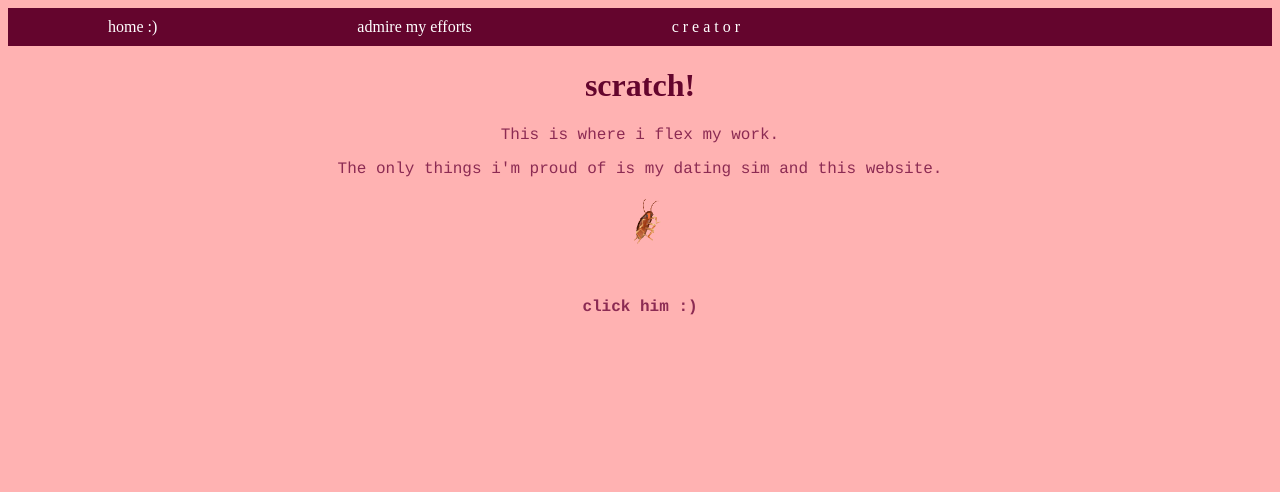
Repository: ycano1934/ycano1934.github.io
Page: my_website/portfolio.html
The author's editor kept a record of every edit. The page is drawn from the files as they stood at one moment, then again after the next edit.
The browser window is 1280 px wide. The pictures show the whole page.

Above is the page before.

### my_website/portfolio.html
<!doctype html>
	<html lang="en">


	  <head>
	    <meta charset="utf-8">
	    <meta name="viewport" content="width=device-width, initial-scale=1.0">
	    <title>*struggles in code*</title>
	  </head>


  <style>
#header {
  font-family:comic sans ms;
  color:rgb(100, 5, 45);
}

#paragraphlook {
    font-family:courier;
    color:rgb(140, 43, 83);
}




 body {background-color:rgb(255, 178, 178); }

ul {
  list-style-type: none;
  margin: 0;
  padding: 0;
  overflow: hidden;
  background-color: rgb(100, 5, 45);
}

li {
  float: left;
}

li a {
  display: inline-block;
  color: white; /* text color */
  font-family:comic sans ms;
  text-align: center;
  padding: 10px 100px;
  text-decoration: none;
  background-color: rgb(100, 5, 45);
}

li a:hover {
  background-color: rgb(155, 51, 93);
}

img {
  display: block;
  margin-left: auto;
  margin-right: auto;
}

  </style>

	 <body>

        <ul>
    <li><a href="index.html">home :)</a></li>
    <li><a href="portfolio.html">admire my efforts</a></li>
    <li><a href="about.html">c r e a t o r</a></li>
        </ul>

        <h1 id="header" style=text-align:center;>scratch!</h1>
        <p id="paragraphlook" style="text-align:center;">This is where i flex my work.</p>
        <p id="paragraphlook" style="text-align:center;">The only things i'm proud of is my dating sim and this website.</p>

        <a href="https://scratch.mit.edu/projects/324069808/" target=_blank>
            <img src="images/roach.gif" height="70" width="70" ><br>
        </a>
        <p id="paragraphlook" style="text-align:center;"><strong>click him :)</strong></p>
	 </body>


	</html>

After the next edit:
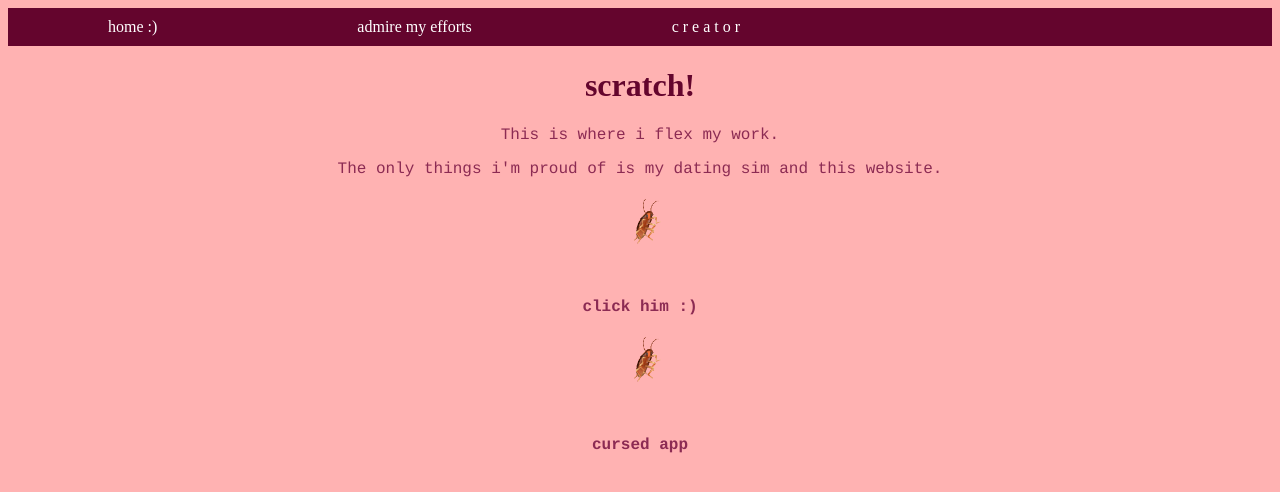
The edit:
--- a/my_website/portfolio.html
+++ b/my_website/portfolio.html
@@ -75,6 +75,12 @@
             <img src="images/roach.gif" height="70" width="70" ><br>
         </a>
         <p id="paragraphlook" style="text-align:center;"><strong>click him :)</strong></p>
+
+        <a href="https://scratch.mit.edu/projects/324069808/" target=_blank>
+            <img src="images/roach.gif" height="70" width="70" ><br>
+        </a>
+        <p id="paragraphlook" style="text-align:center;"><strong>cursed app</strong></p>
+
 	 </body>
 
 
